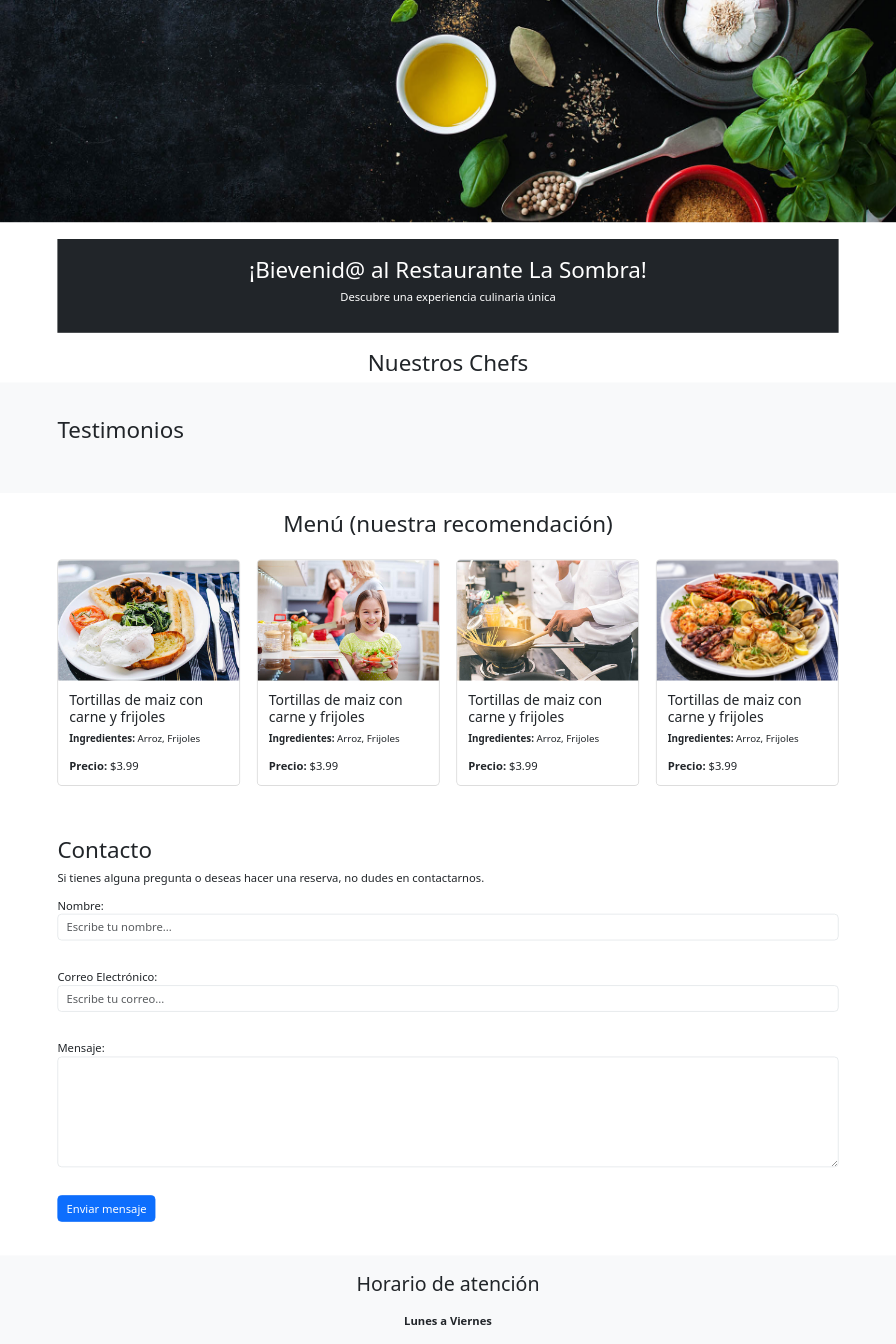
Repository: salextros/Restaurant-Project-PHP-MySQL
Page: http://localhost/TRABAJO_FINAL/restaurant/index.php
An editor plug-in stored every save of this project. The page is shown before and after the next save, followed by the edit.
The browser window is 1280 px wide. The pictures show the part of the page from y = 439 to 2359 px (the page is 2649 px tall), at 70% of full size.
The page is run by PHP 8.4 with error messages shown; the project is at /var/www/html/. Queries for data that is not in the repository find no rows.

Above is the page before, as saved 2026-02-03 10:10:16.

### restaurant/index.php
<?php
include("admin/bd.php");

$sentencia = $conexion->prepare("SELECT * FROM tbl_banners ORDER BY id DESC limit 1 ");
$sentencia->execute();
$lista_banners = $sentencia->fetchAll(PDO::FETCH_ASSOC);

$sentencia = $conexion->prepare("SELECT * FROM tbl_colaboradores ORDER BY id DESC limit 3 ");
$sentencia->execute();
$lista_colaboradores = $sentencia->fetchAll(PDO::FETCH_ASSOC);

$sentencia = $conexion->prepare("SELECT * FROM tbl_testimonios ORDER BY id DESC limit 2 ");
$sentencia->execute();
$tbl_testimonios = $sentencia->fetchAll(PDO::FETCH_ASSOC);

$sentencia = $conexion->prepare("SELECT * FROM tbl_menu ORDER BY id DESC limit 4 ");
$sentencia->execute();
$tbl_menu = $sentencia->fetchAll(PDO::FETCH_ASSOC);

?>

<!doctype html>
<html lang="en">

<head>
    <title>Title</title>
    <!-- Required meta tags -->
    <meta charset="utf-8" />
    <meta
        name="viewport"
        content="width=device-width, initial-scale=1, shrink-to-fit=no" />

    <!-- Bootstrap CSS v5.2.1 -->
    <link
        href="https://cdn.jsdelivr.net/npm/bootstrap@5.3.2/dist/css/bootstrap.min.css" rel="stylesheet"
        integrity="sha384-T3c6CoIi6uLrA9TneNEoa7RxnatzjcDSCmG1MXxSR1GAsXEV/Dwwykc2MPK8M2HN" crossorigin="anonymous" />

    <link
        rel="stylesheet"
        href="https://cdnjs.cloudflare.com/ajax/libs/font-awesome/6.4.2/css/all.min.css"
        crossorigin="anonymous"
        referrerpolicy="no-referrer" />
</head>

<body>

  <!-- SECCION DE MENÚ NAVEGACIÓN -->

    <nav id="inicio" class="navbar navbar-expand-lg navbar-dark bg-dark">
        <div class="container">
        <a class="navbar-brand" href="#"> <i class="fas fa-utensils"></i> Restaurante La Sombra </a>

        <button class="navbar-toggler" type="button" data-bs-toggle="collapse" data-bs-target="#navbarNav" aria-controls="navbarNav" aria-expanded="false" aria-label="Toggle navigation">
                <span class="navbar-toggler-icon"></span>
            </button>

            <div class="collapse navbar-collapse" id="navbarNav">
                <ul class="nav navbar-nav ml-auto">

                    <li class="nav-item">
                        <a class="nav-link" href="#inicio">Inicio</a>
                    </li>

                    </li>
                    <li class="nav-item">
                        <a class="nav-link" href="#menu">Menú del dia</a>
                    </li>

                    </li>
                    <li class="nav-item">
                        <a class="nav-link" href="#chefs">Chefs</a>
                    </li>

                    </li>
                    <li class="nav-item">
                        <a class="nav-link" href="#testimonio">Testimonio</a>
                    </li>

                    </li>
                    <li class="nav-item">
                        <a class="nav-link" href="#contacto">Contacto</a>
                    </li>

                    <li class="nav-item">
                        <a class="nav-link" href="#horario">Horarios</a>
                    </li>
                </ul>
            </div>
        </div>
        </nav>

  <!-- SECCION DEL BANNER -->

    <section  class="container-fluid p-0">
        <div class="banner-img" style="position:relative; background:url('images/slider-image1.jpg') center/cover no-repeat; height: 700px;">

            <div class="banner-text" style="position: absolute; top:50%; left:50%; transform: translate(-50%, -50%); color:#fff; text-align:center;">

            <?php foreach($lista_banners as $banner) {
            ?>

                <h1><?php echo $banner["titulo"];?></h1>
                <p><?php echo $banner["descripcion"];?></p>
                <a href="<?php echo $banner["link"];?>" class="btn btn-primary">Ver Menú</a>
            <?php } ?>

            </div>
        </div>
    </section>

    <section id="id" class="container mt-4 text-center">

        <div class="jumbotron bg-dark text-white">

            <br />
            <h2>¡Bievenid@ al Restaurante La Sombra!</h2>
            <p>Descubre una experiencia culinaria única</p>
            <br />
        </div>
    </section>

    <!-- SECCION DE CHEFST -->

    <section id="chefs" class="container mt-4 text-center">
        <h2>Nuestros Chefs</h2>
        <div class="row">


        <!-- ==================================================================================================================================== -->
            <?php foreach($lista_colaboradores as $colaborador) { ?>

            <div class="col-md-4"><!-- INICIO_1 -->
                <div class="card">
                    <img src="images/colaboradores/<?php echo $colaborador["foto"];?>"
                        class="card-img-top"
                        alt="Chef 1" />

                    <div class="card-body">
                        <h5 class="card-title"><?php echo $colaborador["titulo"];?></h5>
                        <p class="card-text"><?php echo $colaborador["descripcion"];?></p>
                        <div class="social-icons mt-3">
                            <a href="<?php echo $colaborador["linkfacebook"];?>" class="text-dark m-2"><i class="fab fa-facebook"></i></a>
                            <a href="<?php echo $colaborador["linkinstagram"];?>" class="text-dark m-2"><i class="fab fa-instagram"></i></a>
                            <a href="<?php echo $colaborador["linklinkedin"];?>" class="text-dark m-2"><i class="fab fa-linkedin"></i></a>
                        </div>
                    </div>
                </div>
            </div><!-- FINAL_1 -->

            <?php } ?>
        <!-- ==================================================================================================================================== -->
        </div>
    </section>

    <!-- SECCION DE TESTIMONIO -->

    <section id="testimonio" class="bg-light py-5">
        <div class="container">
            <h2 class="tex-center mb-4">Testimonios </h2>

            <div class="row">

                <?php foreach($tbl_testimonios as $testimonio) { ?>

                <div class="col-md-6 d-flex">
                    <div class="card mb-4 w-100">
                        <div class="card-body">
                            <p class="card-text"> <?php echo $testimonio["opinion"];?> </p>
                        </div>
                        <div class="card-footer text-muted">
                            <?php echo $testimonio["nombre"];?>
                        </div>
                    </div>
                </div>

                <?php } ?>

            </div>
        </div>
    </section>

    <!-- SECCION DEL MENU COMIDA -->

    <section id="menu" class="container mt-4">
        <h2 class="text-center">Menú (nuestra recomendación) </h2>
        <br />
        <div class="row row-cols-1 row-cols-md-4 g-4">
            <div class="col d-flex">
                <div class="card">
                    <img src="images/menu/menu-image1.jpg" alt="Tortillas de maiz con carne y frijoles negros" class="card-img-top">
                    <div class="card-body">
                        <h5 class="card-title"> Tortillas de maiz con carne y frijoles </h5>
                        <p class="card-text small"><strong>Ingredientes: </strong> Arroz, Frijoles</p>
                        <p class="card-text"><strong> Precio: </strong> $3.99 </p>
                    </div>
                </div>
            </div>

            <div class="col d-flex">
                <div class="card">
                    <img src="images/menu/menu-image2.jpg" alt="Tortillas de maiz con carne y frijoles negros" class="card-img-top">
                    <div class="card-body">
                        <h5 class="card-title"> Tortillas de maiz con carne y frijoles </h5>
                        <p class="card-text small"><strong>Ingredientes: </strong> Arroz, Frijoles</p>
                        <p class="card-text"><strong> Precio: </strong> $3.99 </p>
                    </div>
                </div>
            </div>

            <div class="col d-flex">
                <div class="card">
                    <img src="images/menu/menu-image3.jpg" alt="Tortillas de maiz con carne y frijoles negros" class="card-img-top">
                    <div class="card-body">
                        <h5 class="card-title"> Tortillas de maiz con carne y frijoles </h5>
                        <p class="card-text small"><strong>Ingredientes: </strong> Arroz, Frijoles</p>
                        <p class="card-text"><strong> Precio: </strong> $3.99 </p>
                    </div>
                </div>
            </div>

            <div class="col d-flex">
                <div class="card">
                    <img src="images/menu/menu-image4.jpg" alt="Tortillas de maiz con carne y frijoles negros" class="card-img-top">
                    <div class="card-body">
                        <h5 class="card-title"> Tortillas de maiz con carne y frijoles </h5>
                        <p class="card-text small"><strong>Ingredientes: </strong> Arroz, Frijoles</p>
                        <p class="card-text"><strong> Precio: </strong> $3.99 </p>
                    </div>
                </div>
            </div>
        </div>
    </section>
    <br />
    <br />

    <!-- SECCION DE CONTACTO -->

    <section id="contacto" class="container mt-4">

    <h2>Contacto</h2>
    <p>Si tienes alguna pregunta o deseas hacer una reserva, no dudes en contactarnos.</p>

    <form action="?" method="post">

    <div class="mb-3">
        <label for="name">Nombre:</label><br>
        <input type="text" class="form-control" name="nombre" placeholder="Escribe tu nombre..." required><br />
    </div>

    <div class="mb-3">
      <label for="email">Correo Electrónico:</label><br />
      <input type="email" class="form-control" name="correo" placeholder="Escribe tu correo..." required><br />
    </div>

    <div class="mb-3">
      <label for="message">Mensaje:</label><br />
      <textarea id="message" class="form-control"  name="mensaje" rows="6"  cols="50"></textarea><br />
    </div>
      <input type="submit" class="btn btn-primary" value="Enviar mensaje">

    </form>

    </section>
    <br /><br />

    <!-- SECCION DE HORARIO -->
    <div id="horario" class="text-center bg-light p-4">
        <h3 class="mb-4">Horario de atención</h3>

        <div>
            <p> <strong> Lunes a Viernes</strong> </p>
            <p> <strong> 11:00 a.m - 10:00 p.m. </strong></p>
        </div>

           <div>
            <p> <strong> Sábado</strong> </p>
            <p> <strong> 12:00 p.m - 5:00 p.m. </strong></p>
        </div>

        <div>
            <p> <strong>Domingo</strong> </p>
            <p> <strong> 7:00 a.m - 2:00 p.m. </strong></p>
        </div>

    </div>







    <footer class="bg-dark text-white text-center py-3">
        <!-- place footer here -->

        <p> &copy; 2026 Restaurante La Sombra, todos los derechos reservados.</p>

    </footer>
    <!-- Bootstrap JavaScript Libraries -->
    <script
        src="https://cdn.jsdelivr.net/npm/@popperjs/core@2.11.8/dist/umd/popper.min.js"
        integrity="sha384-I7E8VVD/ismYTF4hNIPjVp/Zjvgyol6VFvRkX/vR+Vc4jQkC+hVqc2pM8ODewa9r"
        crossorigin="anonymous"></script>

    <script
        src="https://cdn.jsdelivr.net/npm/bootstrap@5.3.2/dist/js/bootstrap.min.js"
        integrity="sha384-BBtl+eGJRgqQAUMxJ7pMwbEyER4l1g+O15P+16Ep7Q9Q+zqX6gSbd85u4mG4QzX+"
        crossorigin="anonymous"></script>
</body>

</html>

### restaurant/admin/bd.php
<?php

$servidor="localhost";
$baseDatos="restaurante";
$usuario="root";
$contraseña="";

try{

    $conexion=new PDO("mysql:host=$servidor;dbname=$baseDatos",$usuario,$contraseña);


}catch(Exception $error){
    echo $error ->getMessage();
}

?>

After the next save:
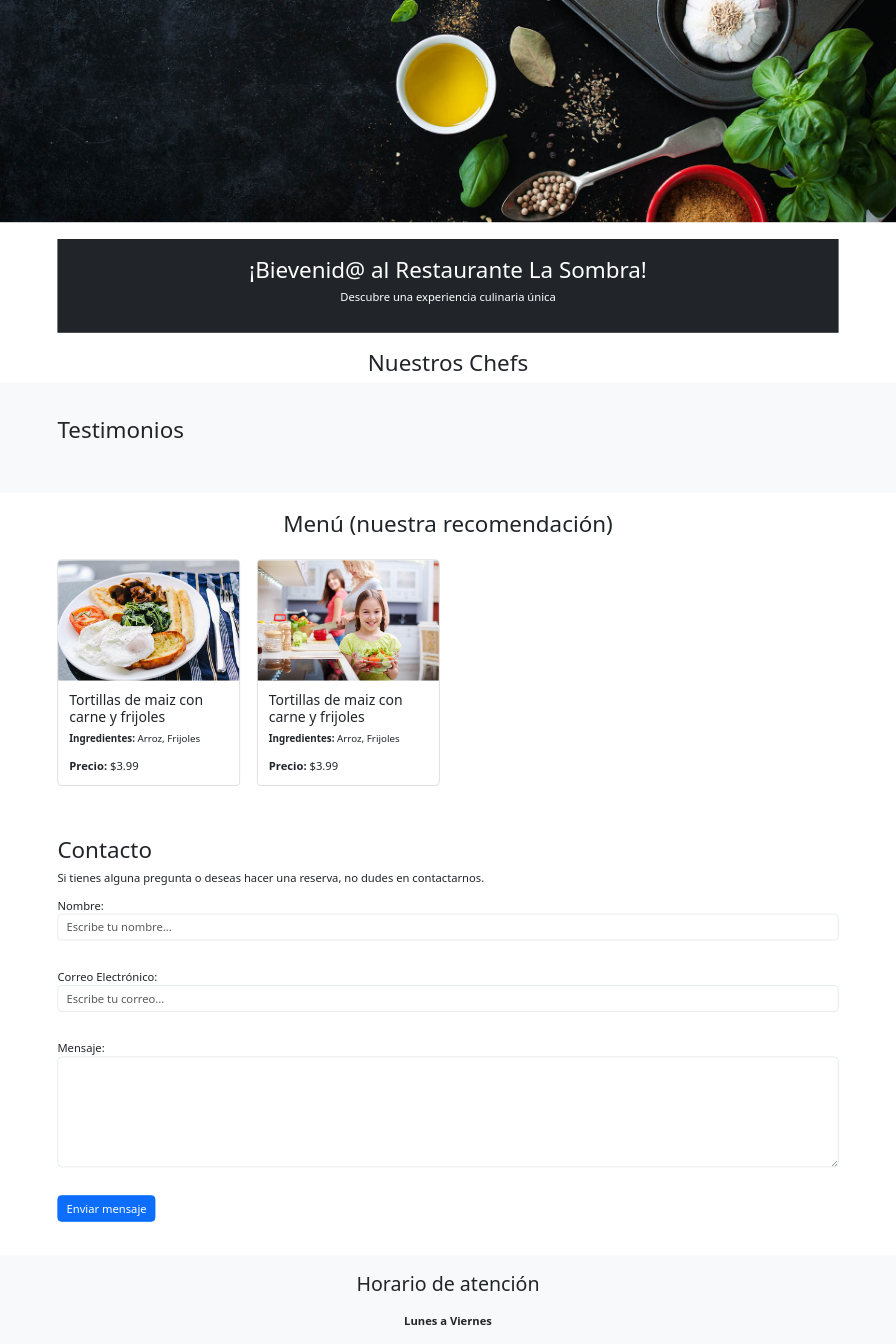
Saved 80 s later.
--- a/restaurant/index.php
+++ b/restaurant/index.php
@@ -207,27 +207,6 @@ $tbl_menu = $sentencia->fetchAll(PDO::FETCH_ASSOC);
                 </div>
             </div>
 
-            <div class="col d-flex">
-                <div class="card">
-                    <img src="images/menu/menu-image3.jpg" alt="Tortillas de maiz con carne y frijoles negros" class="card-img-top">
-                    <div class="card-body">
-                        <h5 class="card-title"> Tortillas de maiz con carne y frijoles </h5>
-                        <p class="card-text small"><strong>Ingredientes: </strong> Arroz, Frijoles</p>
-                        <p class="card-text"><strong> Precio: </strong> $3.99 </p>
-                    </div>
-                </div>
-            </div>
-
-            <div class="col d-flex">
-                <div class="card">
-                    <img src="images/menu/menu-image4.jpg" alt="Tortillas de maiz con carne y frijoles negros" class="card-img-top">
-                    <div class="card-body">
-                        <h5 class="card-title"> Tortillas de maiz con carne y frijoles </h5>
-                        <p class="card-text small"><strong>Ingredientes: </strong> Arroz, Frijoles</p>
-                        <p class="card-text"><strong> Precio: </strong> $3.99 </p>
-                    </div>
-                </div>
-            </div>
         </div>
     </section>
     <br />
